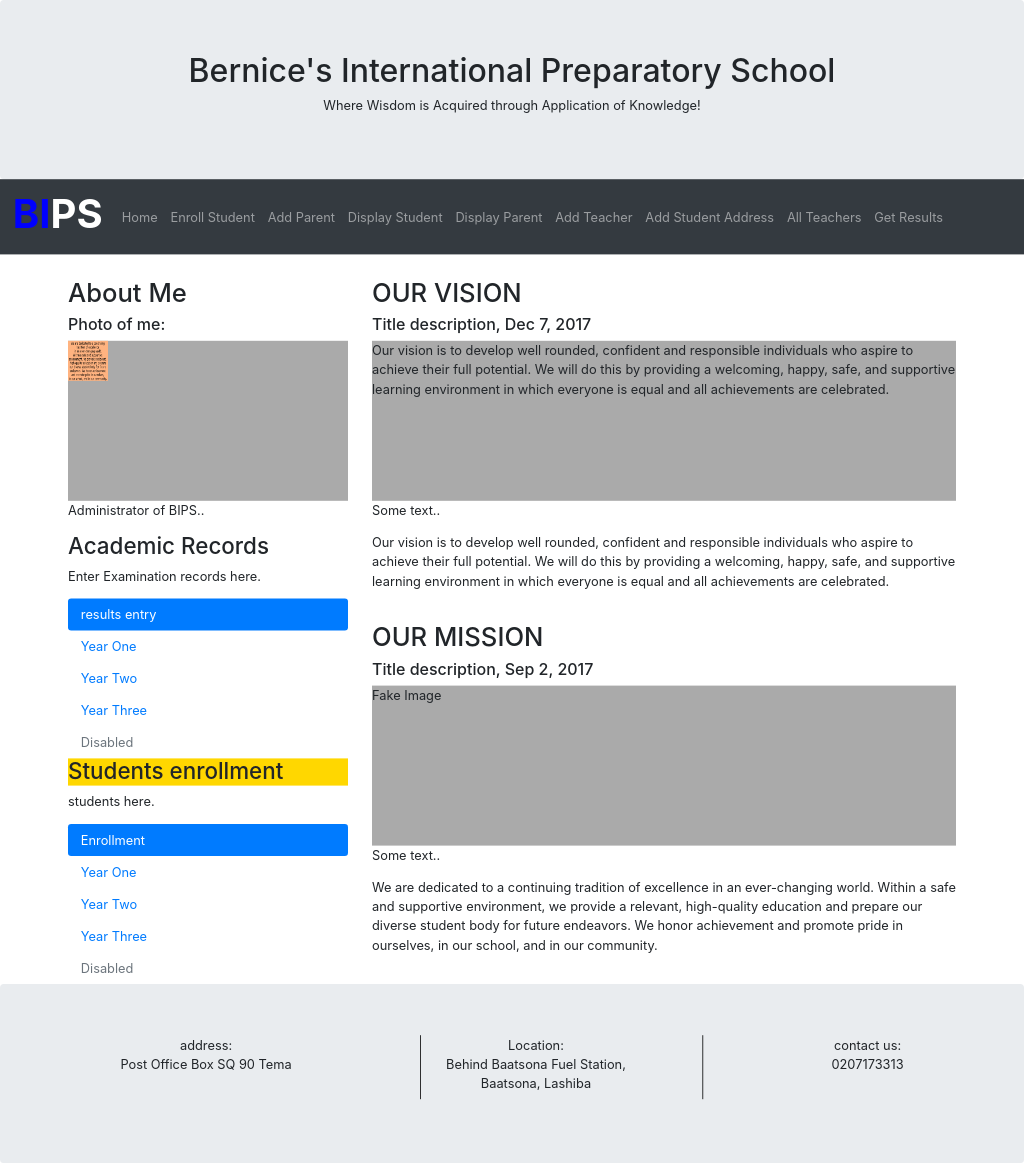
Repository: joseackah/eclipse-workspace
Page: http://localhost/com.school.mgt.system.Front.End/WEB-INF/views/adminPageExample.jsp
The author's editor kept a copy of each file at every save. The page is drawn from the files as they stood at one save, then again after the next save.
The browser window is 1280 px wide. The pictures show the whole page, at 80% of full size.
The page is served by Tomcat 9. Nobody is signed in. The template is opened directly, without the code that normally fills it, so the values that code supplies are empty.

Above is the page before, as saved 2021-08-12 21:01:41.

After the next save:
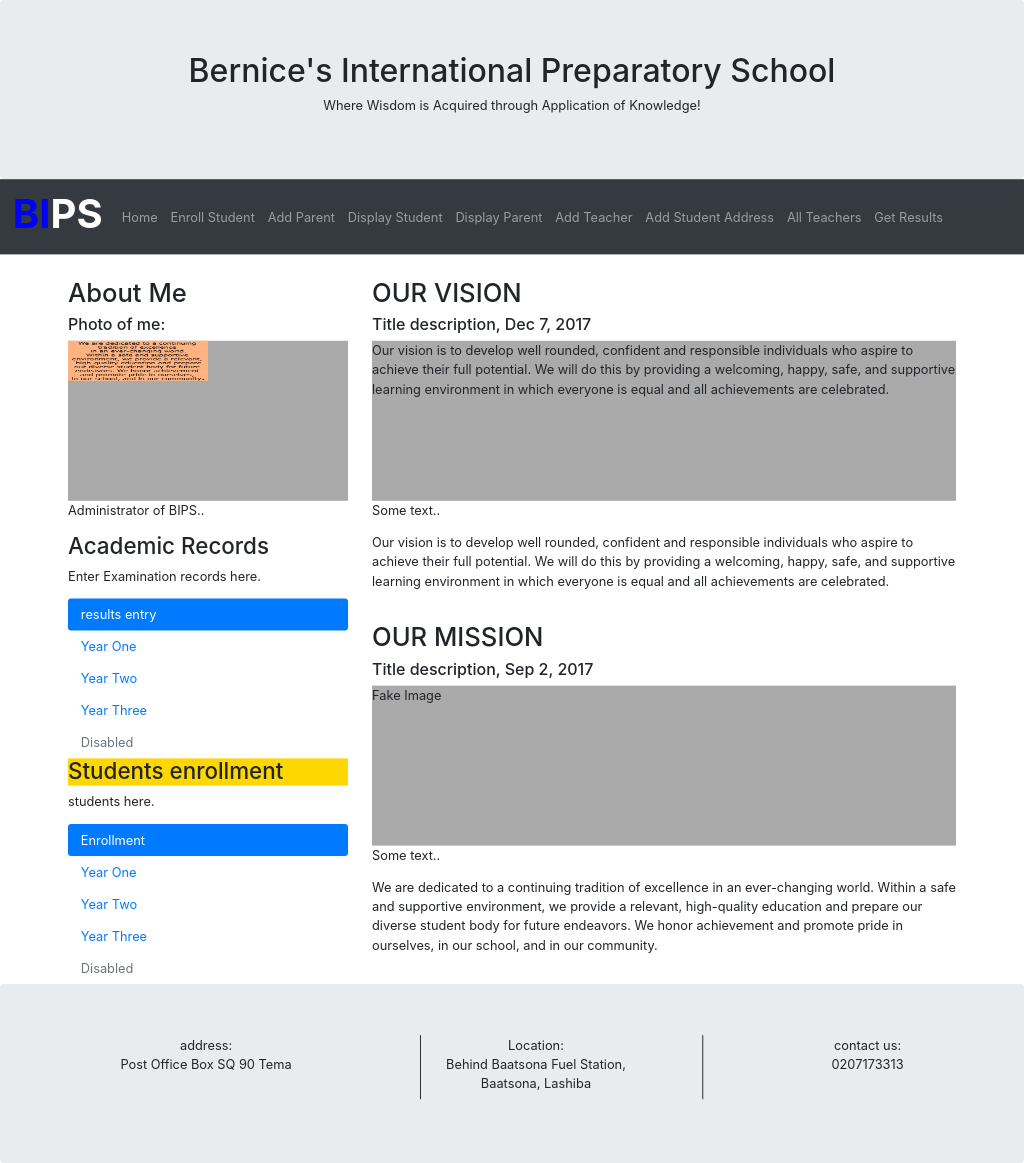
Saved 46 s later.
--- a/com.school.mgt.system.Front.End/src/main/webapp/WEB-INF/views/adminPageExample.jsp
+++ b/com.school.mgt.system.Front.End/src/main/webapp/WEB-INF/views/adminPageExample.jsp
@@ -67,7 +67,7 @@
     <div class="col-sm-4">
       <h2>About Me</h2>
       <h5>Photo of me:</h5>
-      <div class="fakeimg"> <img alt="our mision" src="${pageContext.request.contextPath}/resources/png/mission.png" style="width:50px; height:50px;"/>  </div>
+      <div class="fakeimg"> <img alt="our mision" src="${pageContext.request.contextPath}/resources/png/mission.png" style="width:50%; height:50px;"/>  </div>
       <p>Administrator of BIPS..</p>
 
     <!--   academic record start here -->
